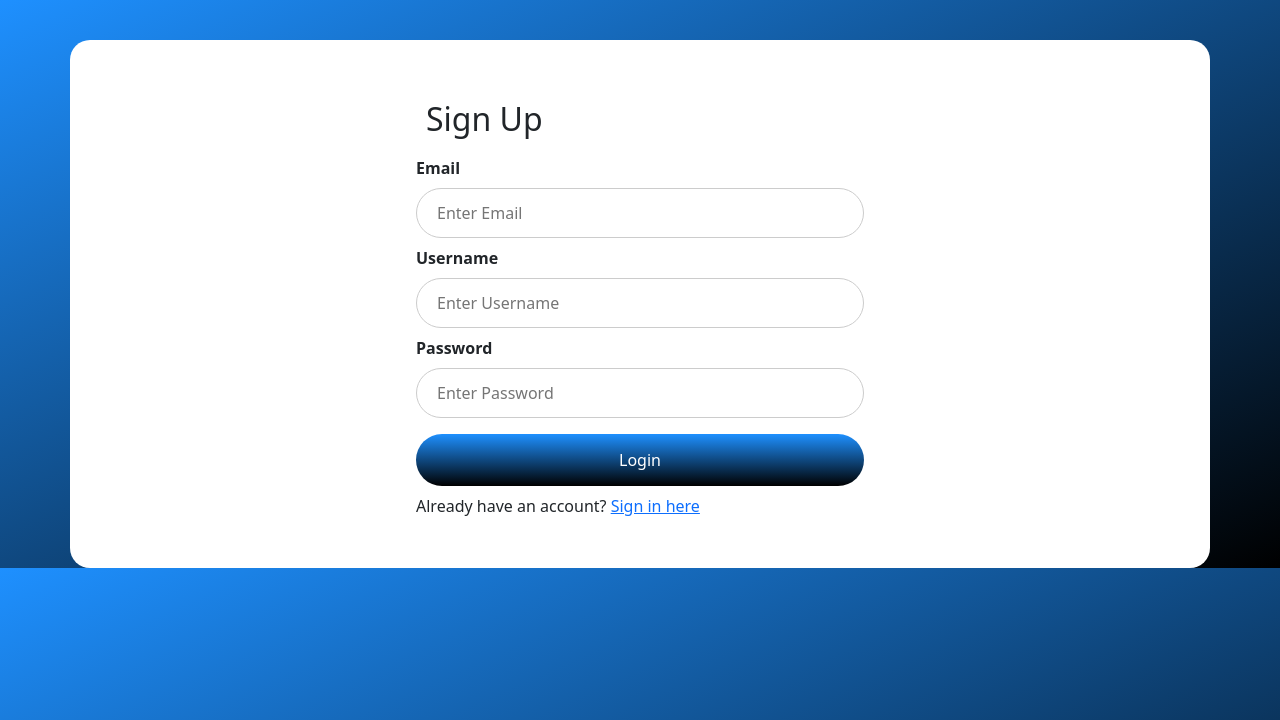
Repository: Sadia-Naveed-Shaikh/JavaScript-Website
Page: SignUp.html
These files come from the project's save history. The page is drawn as it stood at one moment and after the next save; the edit follows.
The browser window is 1280 px wide. The pictures show the whole page.

Above is the page before, as saved 2021-10-27 15:39:48.

After the next save:
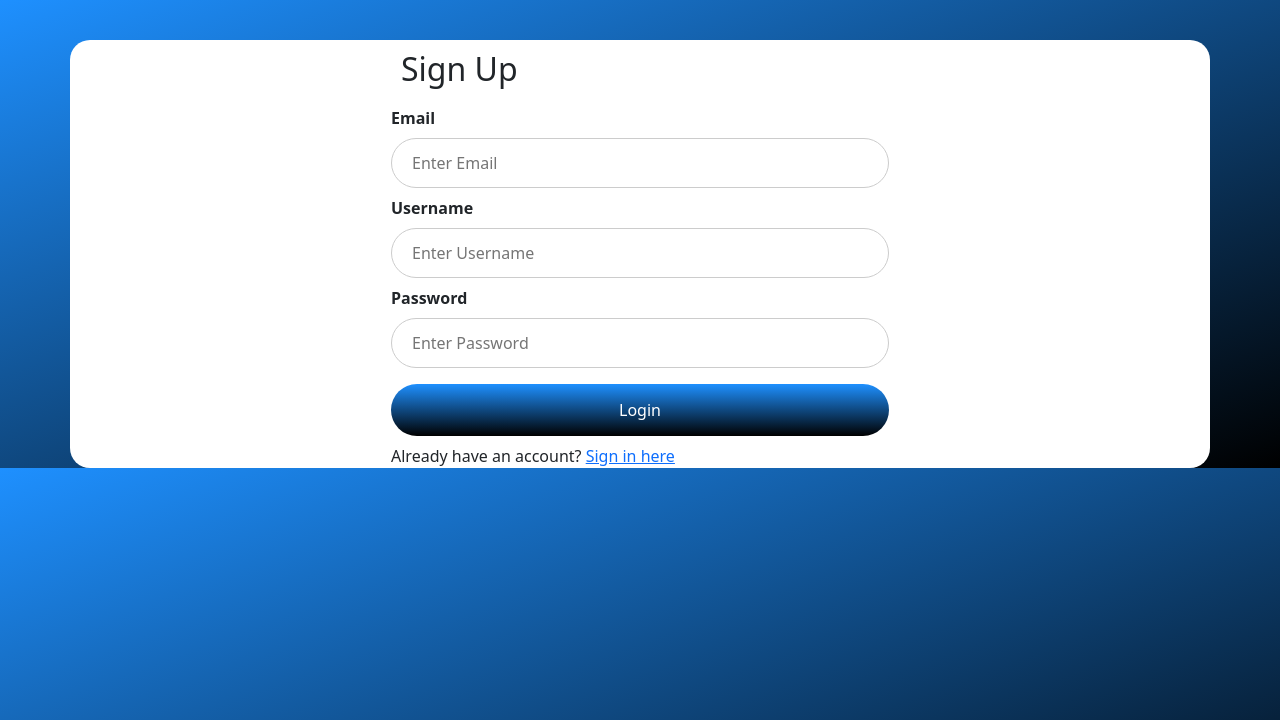
Saved 12 s later.
--- a/SignUp.html
+++ b/SignUp.html
@@ -63,7 +63,7 @@
         .row{
             background-color: white;
             border-radius: 20px;
-            padding: 50px;
+            /* padding: 50px; */
             margin-top:40px;
         }
     </style>

After the save that followed:
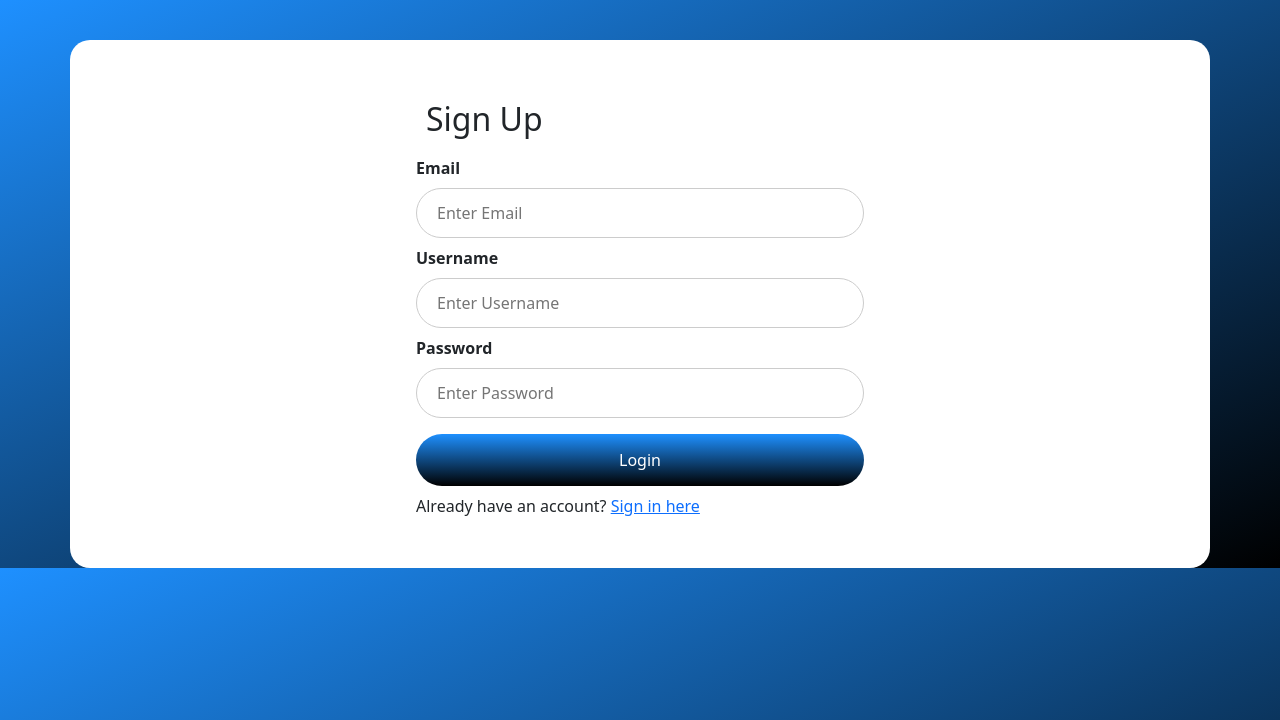
Saved 6 s later.
--- a/SignUp.html
+++ b/SignUp.html
@@ -63,7 +63,7 @@
         .row{
             background-color: white;
             border-radius: 20px;
-            /* padding: 50px; */
+            padding: 50px;
             margin-top:40px;
         }
     </style>
